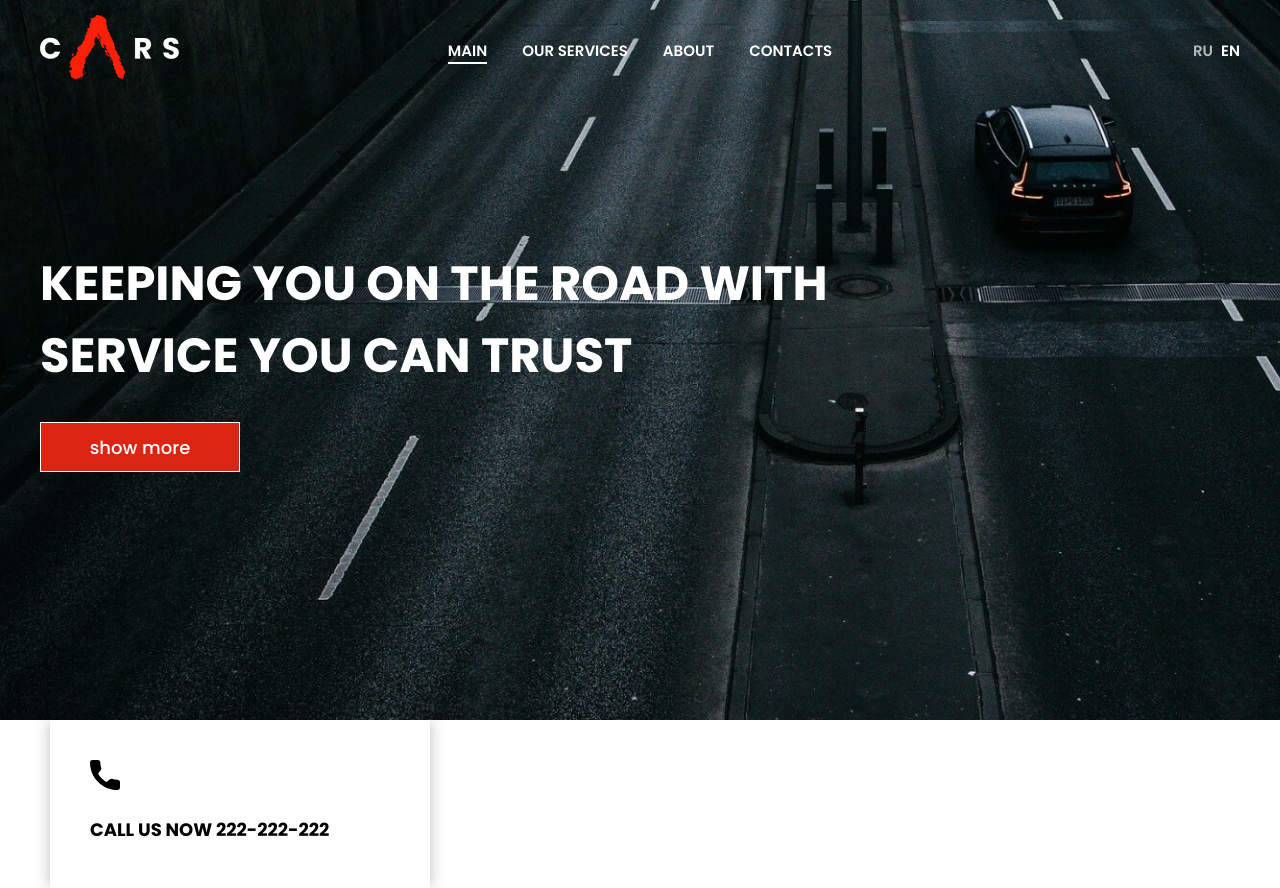
Repository: Earn1ll/car_repair
Page: index.html
These files come from the project's save history. The page is drawn as it stood at one moment and after a run of saves; the edit follows.
The browser window is 1280 px wide. The pictures show the whole page.

Above is the page before, as saved 2022-09-18 16:04:01.

After the next 2 saves:
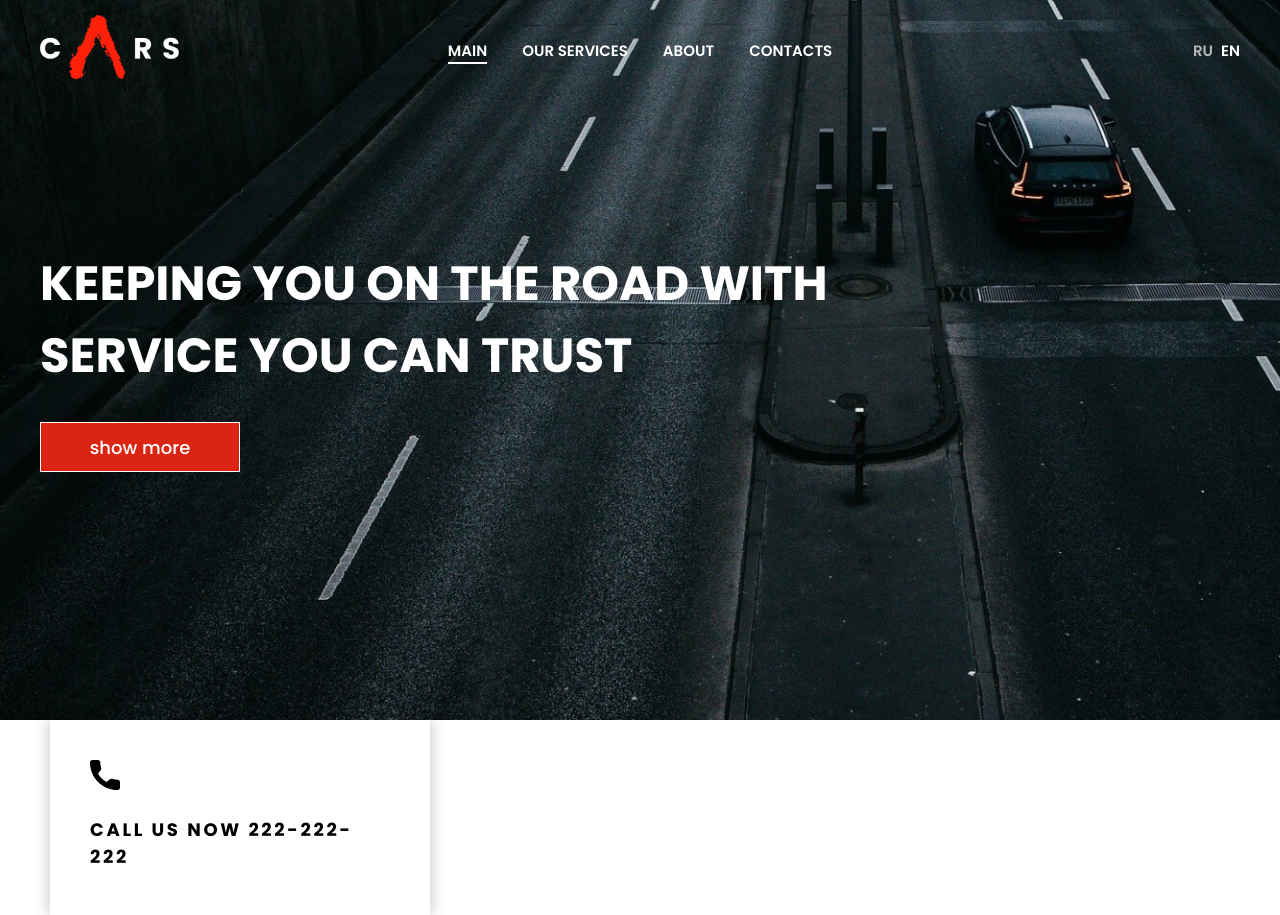
The 2 saves are shown as one change because they came seconds apart.
The last was saved 62 s later.
--- a/css/style.css
+++ b/css/style.css
@@ -208,6 +208,7 @@
 
 .info__title {
     font-size: 18px;
+    letter-spacing: 0.15em;
 }
 
 .info__text {
